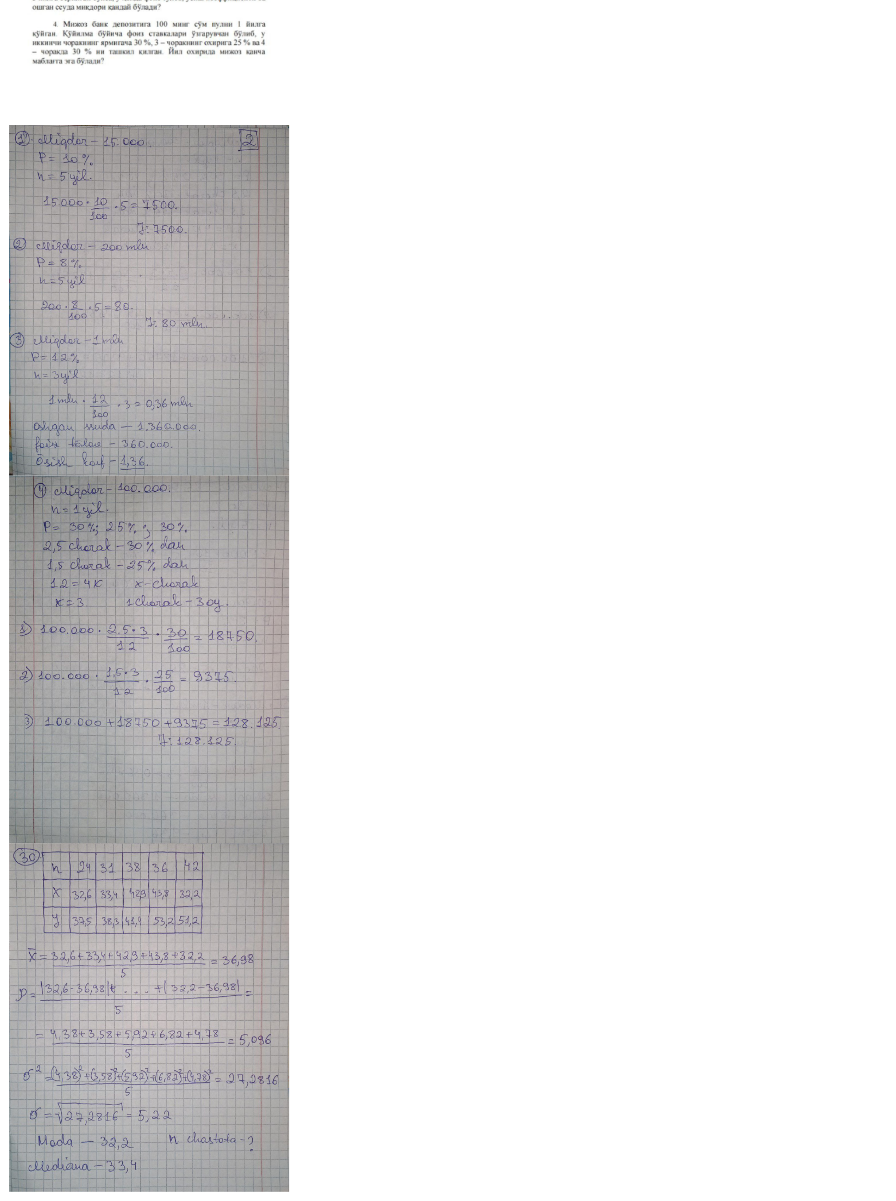
Repository: Ikromkhurozov/exam-inst
Page: index.html
The author's editor kept a copy of each file at every save. The page is drawn from the files as they stood at one save, then again after a run of saves.
The browser window is 1280 px wide. The pictures show the part of the page from y = 2932 to 4852 px (the page is 4647 px tall before and 4852 px after), at 70% of full size.

Above is the page before, as saved 2023-05-26 09:52:55.

### index.html
<!DOCTYPE html>
<html lang="en">
<head>
  <meta charset="UTF-8">
  <meta http-equiv="X-UA-Compatible" content="IE=edge">
  <meta name="viewport" content="width=device-width, initial-scale=1.0">
  <title>Document</title>

  <style>

    body{
      display: flex;
      flex-direction: column;
      padding: 5px;
    }

    img{
      width: 400px;
      height: auto;
    }

  </style>
</head>
<body>

  <img src="/p1.jpg" alt="p1">
  <img src="/p4.jpg" alt="p4">
  <img src="/p2.jpg" alt="p2">
  <img src="/p3.jpg" alt="p3">

  <hr>

  <img src="/1.jpg" alt="p1">
  <img src="/2.jpg" alt="p4">
  <img src="/3.jpg" alt="p2">
  <img src="/4.jpg" alt="p3">
  <img src="/5.jpg" alt="p4">
  <img src="/6.jpg" alt="p2">
  <img src="/7.jpg" alt="p3">


  <script src="./script.js"></script>

</body>
</html>

### script.js

let a = {
  name: "77"
};

let b = a;

b.name = "99";

console.log("a", a);
console.log("b", b);

After the next 3 saves:
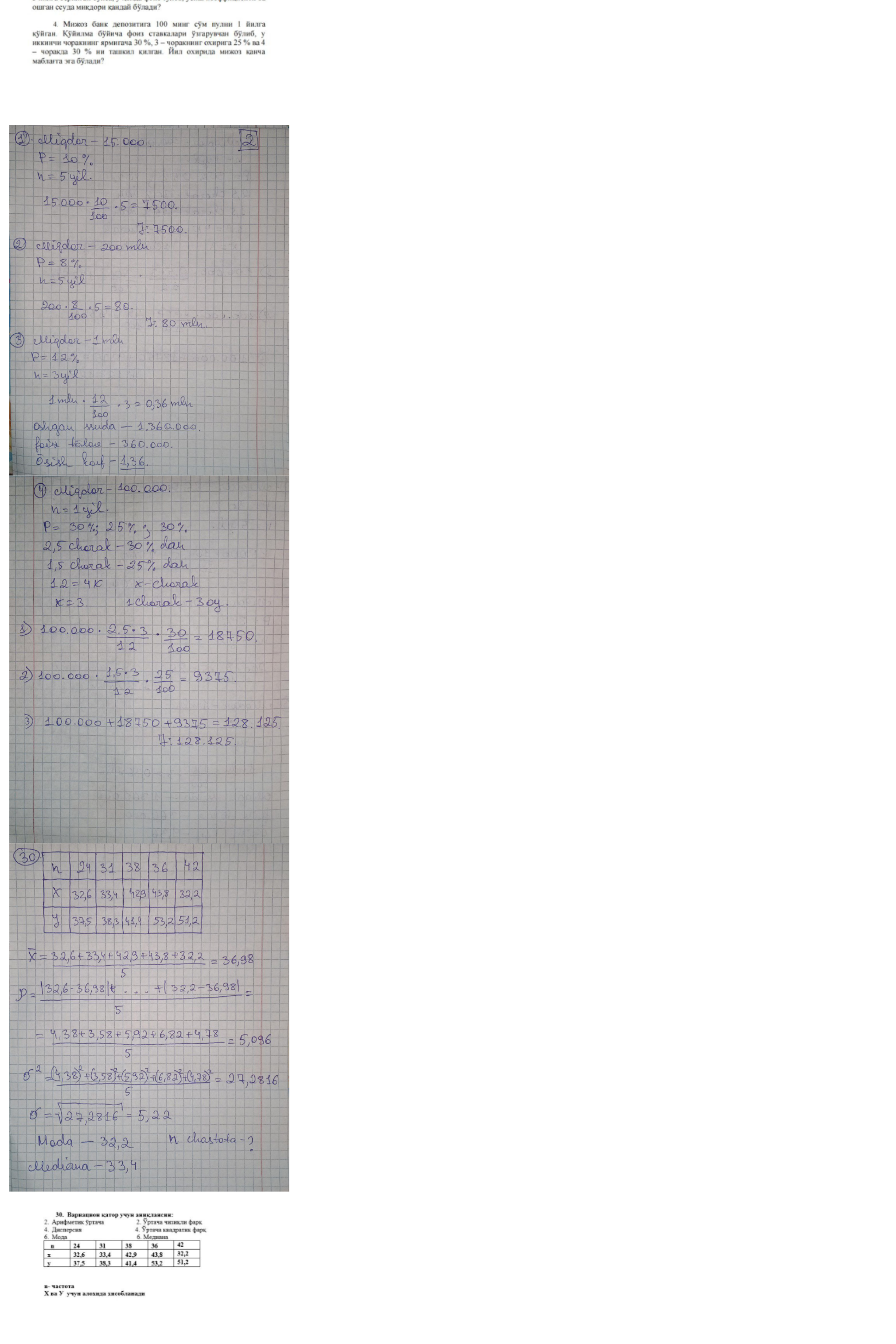
The 3 saves are shown as one change because they came seconds apart.
The last was saved 18 s later.
--- a/index.html
+++ b/index.html
@@ -37,6 +37,8 @@
   <img src="/5.jpg" alt="p4">
   <img src="/6.jpg" alt="p2">
   <img src="/7.jpg" alt="p3">
+  <img src="/8.jpg" alt="p3">
+
 
 
   <script src="./script.js"></script>
